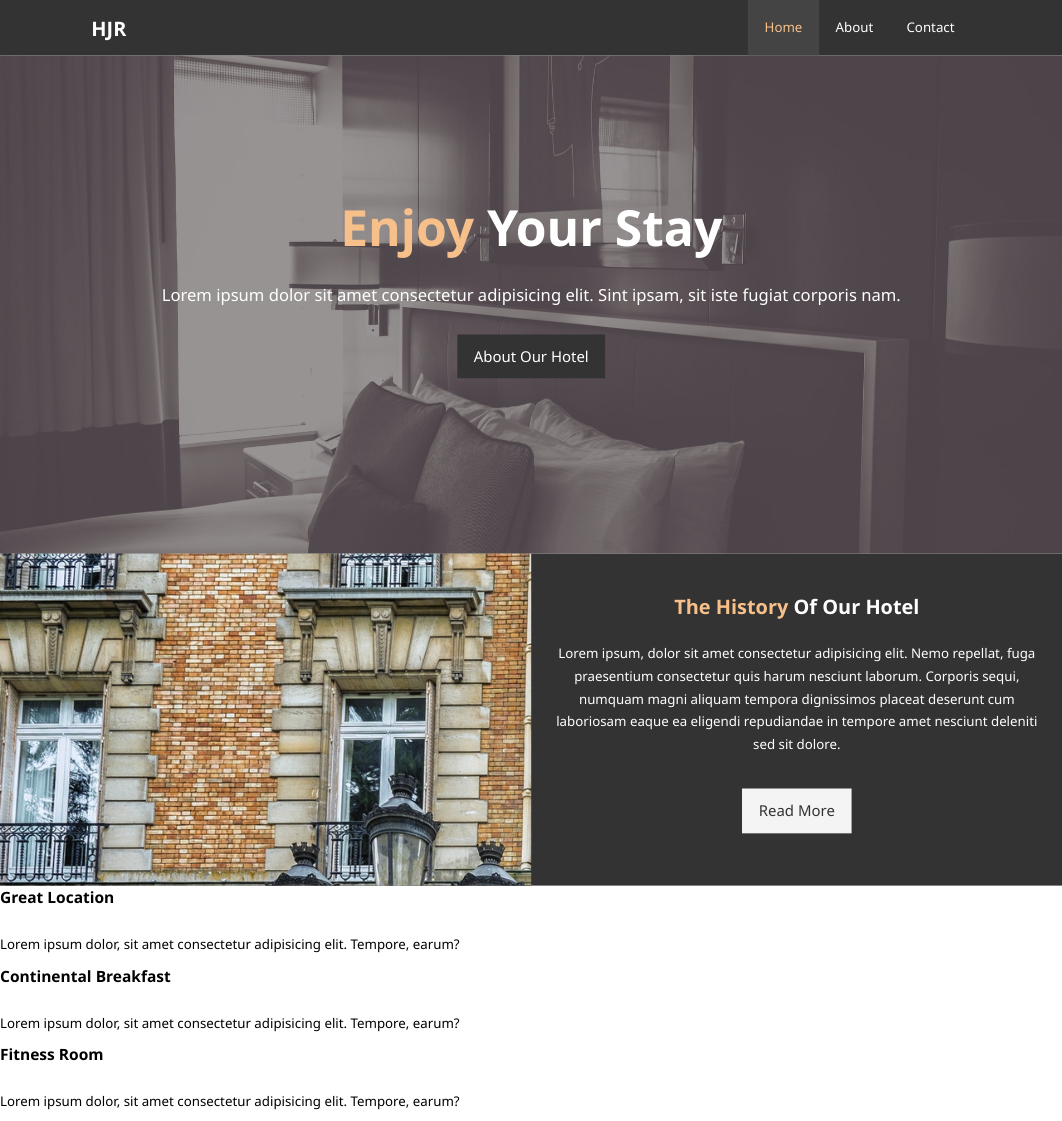
Repository: dimlutine/Hotel-Project
Page: index.html
An editor plug-in stored every save of this project. The page is shown before and after the next save, followed by the edit.
The browser window is 1280 px wide. The pictures show the whole page, at 83% of full size.
Some web libraries are served in a nearby version.

Above is the page before, as saved 2019-07-05 22:28:41.

After the next save:
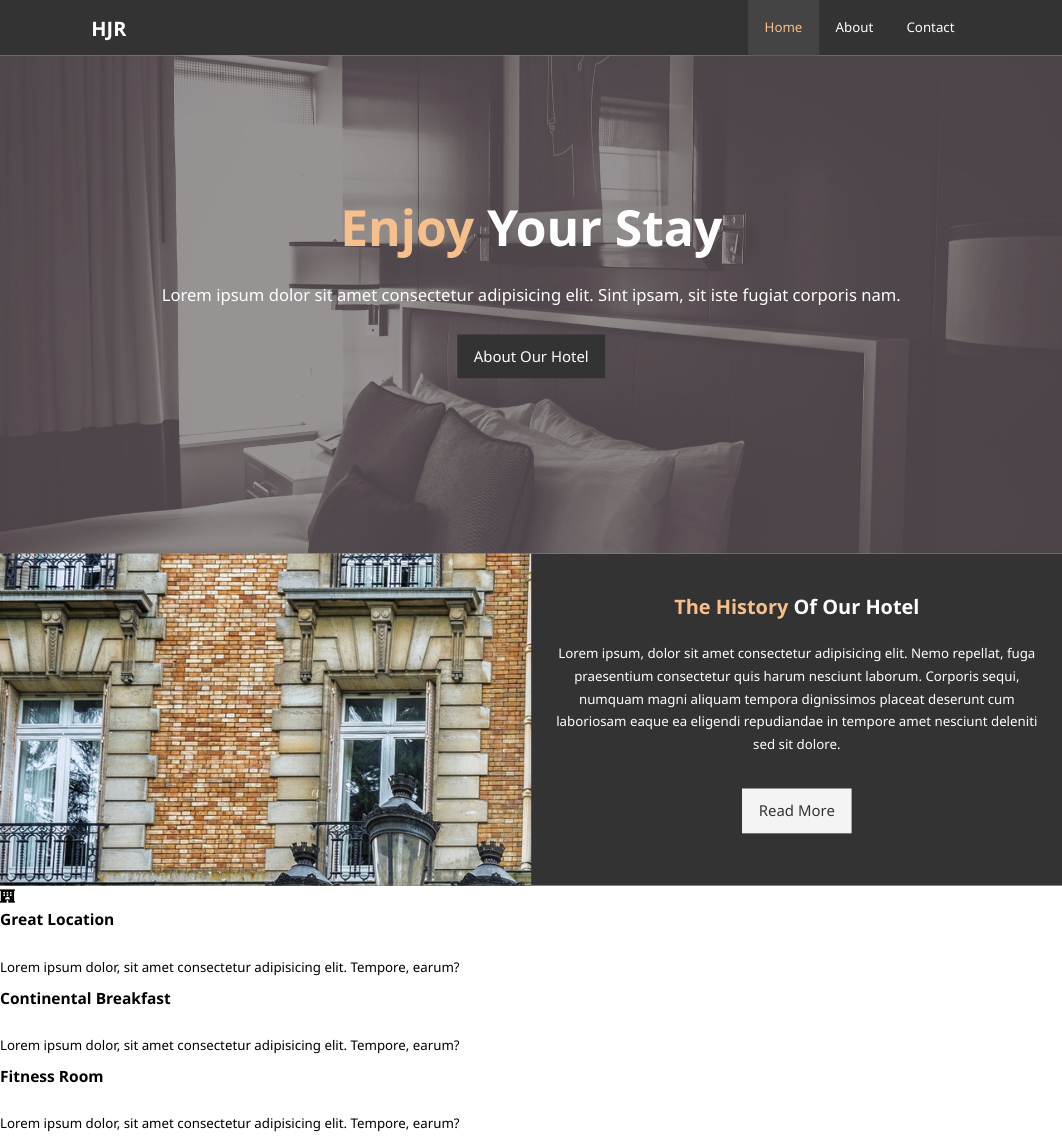
Saved 82 s later.
--- a/index.html
+++ b/index.html
@@ -50,6 +50,7 @@
 
     <section id="features">
         <div class="box">
+            <i class="fas fa-hotel"></i>
             <h3>Great Location</h3>
             <p>Lorem ipsum dolor, sit amet consectetur adipisicing elit. Tempore, earum?</p>
         </div>
